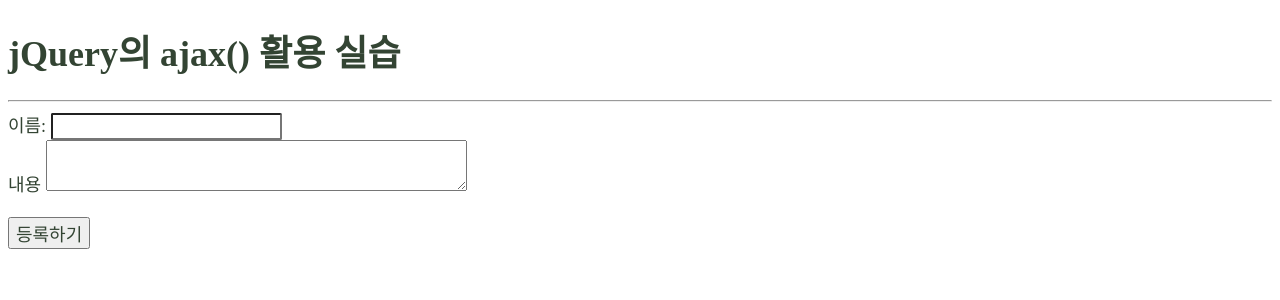
Repository: Jeong43/WebStudy
Page: http://localhost/AjaxJqueryApp04/AjaxTest03.jsp
These files come from the project's save history. The page is drawn as it stood at one moment and after the next save; the edit follows.
The browser window is 1280 px wide. The pictures show the whole page.
The page is served by Tomcat 9.

Above is the page before, as saved 2021-12-08 01:11:24.

### AjaxJqueryApp04/WebContent/AjaxTest03.jsp
<%@ page contentType="text/html; charset=UTF-8"%>
<%@ taglib prefix="c" uri="http://java.sun.com/jsp/jstl/core"%>
<%
	request.setCharacterEncoding("UTF-8");
String cp = request.getContextPath();
%>
<!DOCTYPE html>
<html>
<head>
<meta charset="UTF-8">
<link rel="stylesheet" type="text/css" href="<%=cp%>/css/main.css">
<script type="text/javascript" src="http://code.jquery.com/jquery.min.js"></script>

<script type="text/javascript">
	$(function()
	{
		$("#sendBtn").click(function()
		{
			//alert("sendBtn test");

			// data 구성
			var params = "name=" + $.trim($("#name").val()) + "&content=" + $.trim($("#content").val());

			// check~!!!
			// jQuery 의 ajax() 함수 사용(호출)
			$.ajax(
			{
				//@ 아래의 값들은 순서가 바뀌어도 상관 없음(이름: 값 순으로 제이슨 형태로 들어가기 때문에)
				//@ 디폴트로 들어간 값들은 빼도 무방
				type : "POST"					// "GET"
				, url : "AjaxTest01_ok.jsp"
				, data : params
				, success : function(args)		// 받아온 값을 매개변수로 받아서 처리해줄 동작(기능) (cf. 콜백)
				{								// @ success 에서는, type/url/data 을 통해 반환되는 값을 매개변수로 쓴다.
					$("#resultDiv").html(args);

					$("#name").val("");
					$("#content").val("");
					$("#name").val();
				}
				, beforeSend : showRequest		// true, false → 유효성 검사 등 (@사전에 확인할 거 없음! 그냥 보내!)
												// @ 외부 함수를 불러오는 것도 가능 (ex. showRequest → ()를 붙이지 않는다!)
				, error : function(e)			// 에러 발생 시 처리해줄 동작(기능)
				{
					alert(e.responseText);
				}
			});

		});
	});

	function showRequest()
	{
		if(!$.trim($("#name").val()))
		{
			alert("이름을 입력해야 합니다.");
			$("#name").focus();

			return false;
		}

		if(!$.trim($("#content").val()))
		{
			alert("내용을 입력해야 합니다.");
			$("#content").focus();

			return false;
		}

		return true;
	}




</script>


<title>AjaxTest01.jsp</title>
</head>
<body>

	<div>
		<h1>jQuery의 ajax() 활용 실습</h1>
		<hr />
	</div>

	<div>
		이름:
		<input type="text" id="name" class="txt" />
		<br /> 내용
		<textarea id="content" rows="3" cols="50"></textarea>
		<br /> <br />

		<input type="button" value="등록하기" id="sendBtn" />
	</div>

	<div id="resultDiv">
	</div>


</body>
</html>

### AjaxJqueryApp04/WebContent/css/main.css
@charset "UTF-8";


body, p, div, span, input, table, th, td, select
{
	font-size: 18px;
	color: #343;
	font-family: 맑은 고딕;
}

.txt
{
	font-weight: blod;
	border-radius: 2px;
}

.txt:focus
{
	background-color: #eeffee;
}

.control
{
	border: 1px solid gray;
	border-radius: 3px;
}

.table
{
	border-collapse: collapse;
	width: 100%;
}


.table th, .table td
{
	border: 1px solid gray;
	border-left: 0px;
	border-right: 0px;
	padding: 3px;
	line-height: 150%
}

.table th
{
	font-weight: bold;
	background-color: #EEE;
}

.btn
{
	font-weight: bold;
}

.btn:hover
{
	color: white;
	background-color: #778877;
}

After the next save:
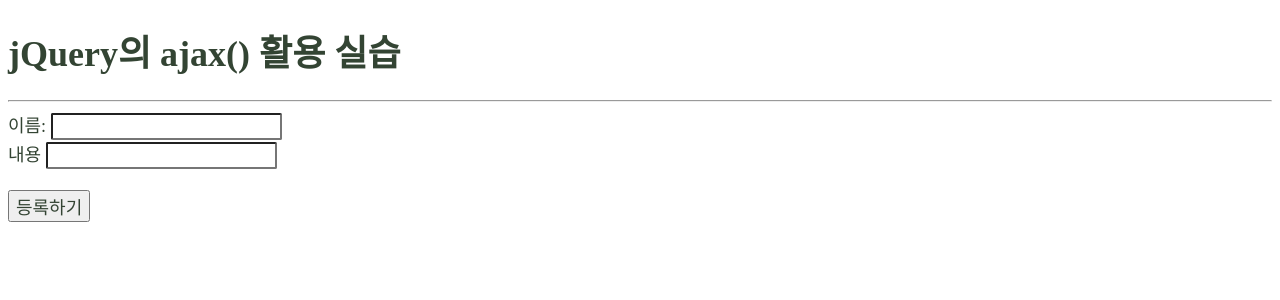
Saved 15 min 23 s later.
--- a/AjaxJqueryApp04/WebContent/AjaxTest03.jsp
+++ b/AjaxJqueryApp04/WebContent/AjaxTest03.jsp
@@ -9,49 +9,49 @@
 <head>
 <meta charset="UTF-8">
 <link rel="stylesheet" type="text/css" href="<%=cp%>/css/main.css">
-<script type="text/javascript" src="http://code.jquery.com/jquery.min.js"></script>
+<script type="text/javascript"
+	src="http://code.jquery.com/jquery.min.js"></script>
 
 <script type="text/javascript">
 	$(function()
 	{
-		$("#sendBtn").click(function()
-		{
-			//alert("sendBtn test");
+		$("#sendBtn").click(
+				function()
+				{
+					//alert("sendBtn test");
 
-			// data 구성
-			var params = "name=" + $.trim($("#name").val()) + "&content=" + $.trim($("#content").val());
+					// data 구성
+					var params = "name=" + $.trim($("#name").val())
+							+ "&content=" + $.trim($("#content").val());
 
-			// check~!!!
-			// jQuery 의 ajax() 함수 사용(호출)
-			$.ajax(
-			{
-				//@ 아래의 값들은 순서가 바뀌어도 상관 없음(이름: 값 순으로 제이슨 형태로 들어가기 때문에)
-				//@ 디폴트로 들어간 값들은 빼도 무방
-				type : "POST"					// "GET"
-				, url : "AjaxTest01_ok.jsp"
-				, data : params
-				, success : function(args)		// 받아온 값을 매개변수로 받아서 처리해줄 동작(기능) (cf. 콜백)
-				{								// @ success 에서는, type/url/data 을 통해 반환되는 값을 매개변수로 쓴다.
-					$("#resultDiv").html(args);
+					// check~!!!
+					// jQuery 의 ajax() 함수 사용(호출)
+					$.ajax(
+					{
+						type : "POST" 					// "GET"
+						, url : "AjaxTest01_ok.jsp"
+						,data : params
+						, success : function(args)
+						{
+							$("#resultDiv").html(args);
 
-					$("#name").val("");
-					$("#content").val("");
-					$("#name").val();
-				}
-				, beforeSend : showRequest		// true, false → 유효성 검사 등 (@사전에 확인할 거 없음! 그냥 보내!)
-												// @ 외부 함수를 불러오는 것도 가능 (ex. showRequest → ()를 붙이지 않는다!)
-				, error : function(e)			// 에러 발생 시 처리해줄 동작(기능)
-				{
-					alert(e.responseText);
-				}
-			});
+							$("#name").val("");
+							$("#content").val("");
+							$("#name").val();
+						}
+						, beforeSend : showRequest
+						, error : function(e)
+						{
+							alert(e.responseText);
+						}
+					});
 
-		});
+				});
 	});
 
 	function showRequest()
 	{
-		if(!$.trim($("#name").val()))
+		if (!$.trim($("#name").val()))
 		{
 			alert("이름을 입력해야 합니다.");
 			$("#name").focus();
@@ -59,7 +59,7 @@
 			return false;
 		}
 
-		if(!$.trim($("#content").val()))
+		if (!$.trim($("#content").val()))
 		{
 			alert("내용을 입력해야 합니다.");
 			$("#content").focus();
@@ -69,10 +69,6 @@
 
 		return true;
 	}
-
-
-
-
 </script>
 
 
@@ -86,17 +82,15 @@
 	</div>
 
 	<div>
-		이름:
-		<input type="text" id="name" class="txt" />
-		<br /> 내용
-		<textarea id="content" rows="3" cols="50"></textarea>
+		이름: <input type="text" id="title" class="txt" /> <br />
+		내용 <input type="text" id="content" class="txt">
 		<br /> <br />
 
 		<input type="button" value="등록하기" id="sendBtn" />
 	</div>
+	<br><br>
 
-	<div id="resultDiv">
-	</div>
+	<div id="resultDiv"></div>
 
 
 </body>
